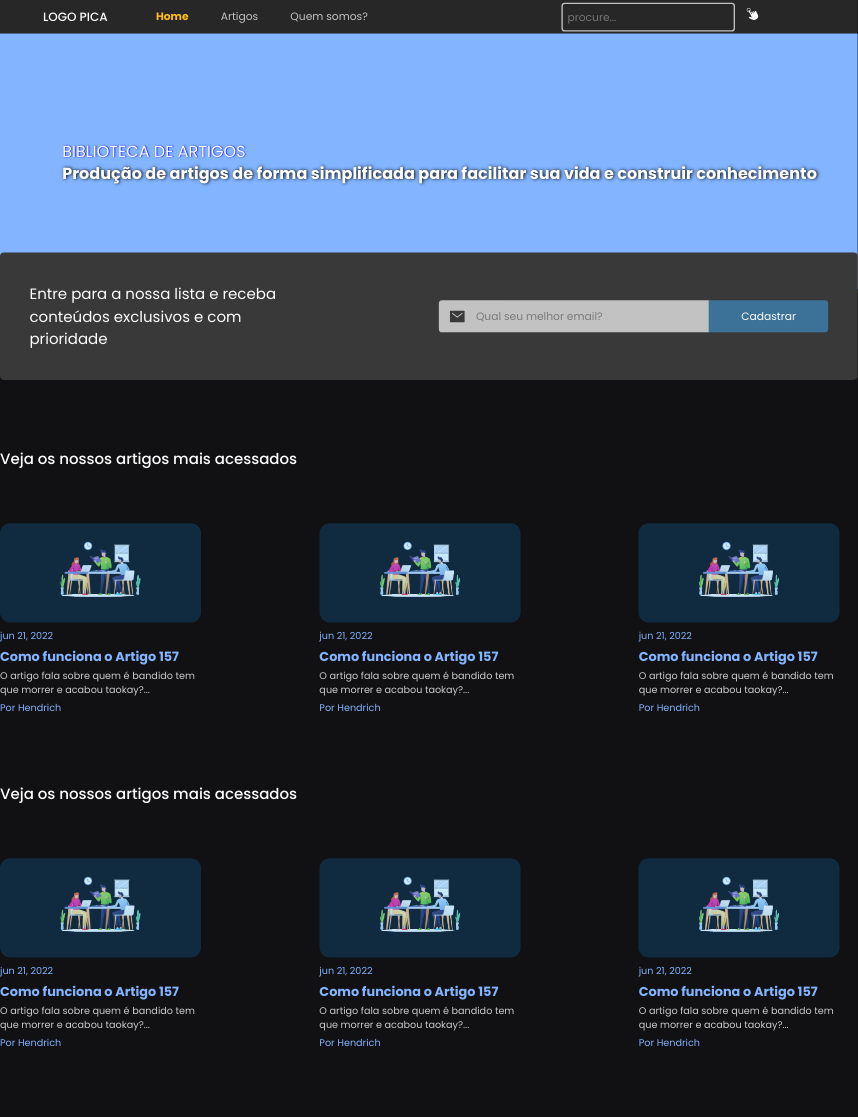
Repository: ArthurHendrich/Inepto
Page: /
The author's editor kept a copy of each file at every save. The page is drawn from the files as they stood at one save, then again after the next save.
The browser window is 1280 px wide. The pictures show the whole page, at 67% of full size.
The project was rebuilt for these pictures with package versions that can differ from the ones it lists, and the page was loaded fresh each time. The framework's server and built-in components were replaced by stand-ins that run in the browser. Also part of the build but not shown: next.config.js.

Above is the page before, as saved 2022-07-06 21:24:42.

After the next save:
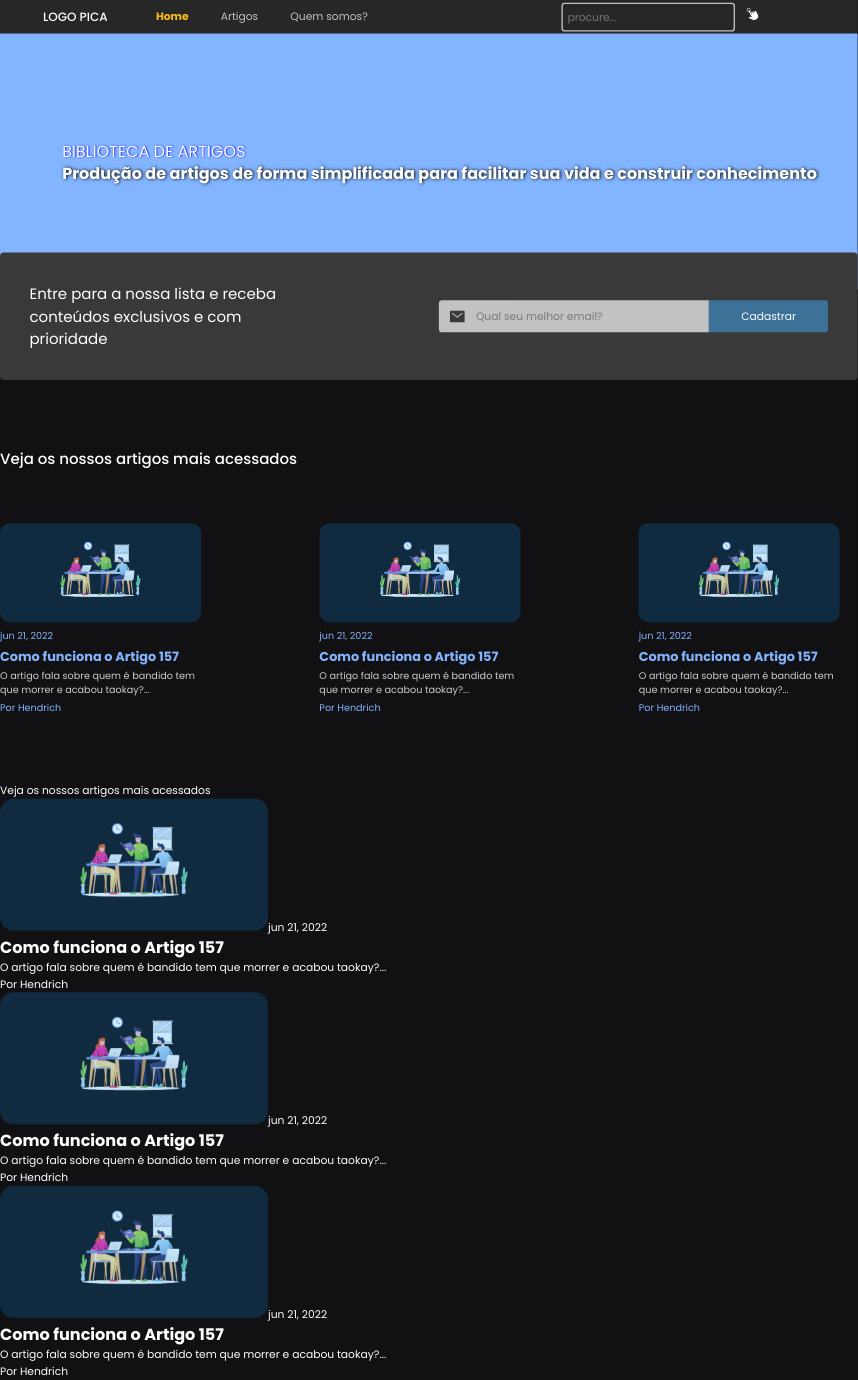
Saved 82 s later.
--- a/src/pages/index.tsx
+++ b/src/pages/index.tsx
@@ -65,11 +65,11 @@ export default function Home() {
           </div>
         </section>
 
-        <section className={styles.acessContainer}>
-          <div className={styles.acessTitle}>
+        <section className={styles.recentContainer}>
+          <div className={styles.recentTitle}>
             Veja os nossos artigos mais acessados
           </div>
-          <div className={styles.acessContent}>
+          <div className={styles.recentContent}>
             <div className={styles.contentItem}>
               <img src="images/imagemteste.png" alt="teste" />
               <time>jun 21, 2022</time>

After the save that followed:
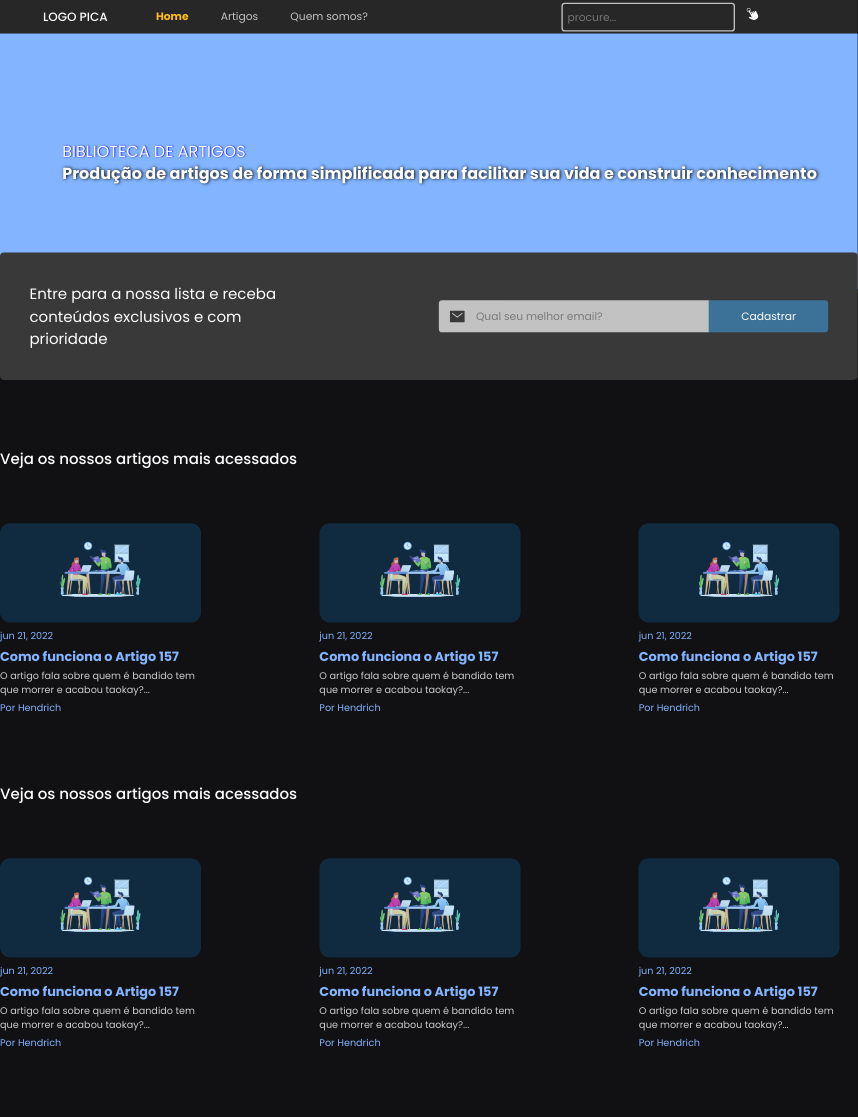
Saved 26 s later.
--- a/src/styles/home.module.scss
+++ b/src/styles/home.module.scss
@@ -161,3 +161,62 @@
 
   margin-bottom: 100px;
 }
+
+.recentContainer {
+  max-width: 1700px;
+  margin: 0 auto;
+
+  .recentTitle {
+    font-size: 1.4rem;
+    font-weight: 500;
+    margin-bottom: 80px;
+  }
+
+  .recentContent {
+    max-width: 1500px;
+    margin: 0 auto;
+
+
+    display: grid;
+    grid-template-columns: repeat(3, 1fr);
+    gap: 150px;
+
+    .contentItem {
+      display: flex;
+      flex-direction: column;
+      max-width: 300px;
+
+      img {
+        width: 100%;
+        height: 100%;
+        object-fit: cover;
+      }
+
+      time {
+        margin-top: 10px;
+        margin-bottom: 5px;
+        font-size: 0.9rem;
+        color: var(--blue-500)
+      }
+
+      h2 {
+        font-size: 1.2rem;
+        margin-bottom: 5px;
+        color: var(--blue-500)
+      }
+
+      p {
+        font-size: 0.9rem;
+        color: var(--gray-200);
+        margin-bottom: 5px;
+      }
+
+      span {
+        font-size: 0.9rem;
+        color: var(--blue-500);
+      }
+    }
+  }
+
+  margin-bottom: 100px;
+}
